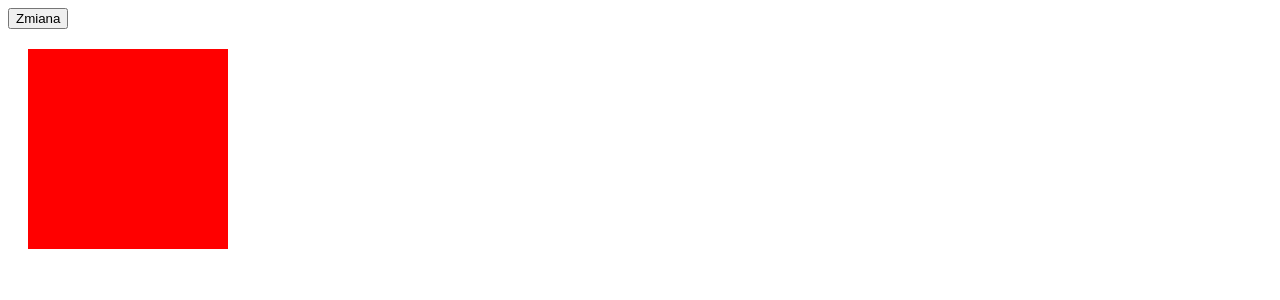
Repository: magdaf41/jQuery
Page: zadanie 3/index.html
An editor plug-in stored every save of this project. The page is shown before and after the next save, followed by the edit.
The browser window is 1280 px wide. The pictures show the whole page.

Above is the page before, as saved 2020-09-09 22:19:22.

After the next save:
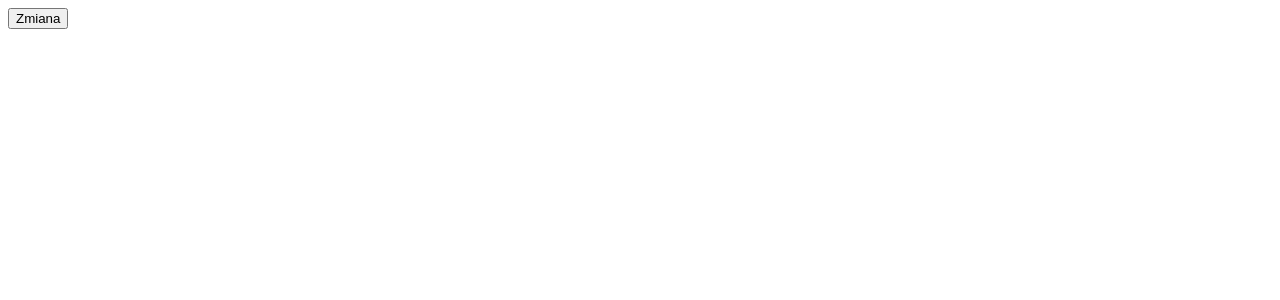
Saved 12 s later.
--- a/zadanie 3/css/style.css
+++ b/zadanie 3/css/style.css
@@ -1,4 +1,4 @@
-div {
+#suare {
     height: 200px;
     width: 200px;
     background-color: red;

After the 2 saves that followed:
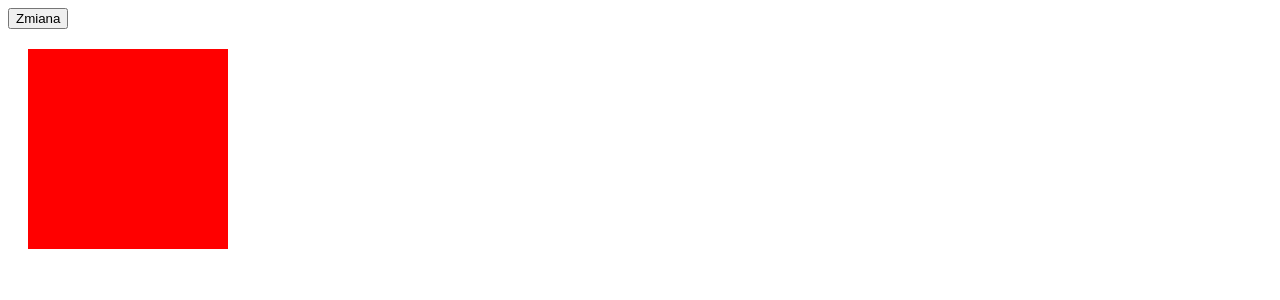
The 2 saves are shown as one change because 1 left the picture as it was.
The last was saved 23 s later.
--- a/zadanie 3/css/style.css
+++ b/zadanie 3/css/style.css
@@ -1,4 +1,4 @@
-#suare {
+#square {
     height: 200px;
     width: 200px;
     background-color: red;
--- a/zadanie 3/js/main.js
+++ b/zadanie 3/js/main.js
@@ -1,13 +1,13 @@
-$(document).ready(function () {
+// $(document).ready(function () {
 
-    $('button').click(function () {
-        $('div').animate({ 'marginLeft': '100px', 'width': '100px', 'height': '100px' }, 3000, colorChange);
-    });
+//     $('button').click(function () {
+//         $('div').animate({ 'marginLeft': '100px', 'width': '100px', 'height': '100px' }, 3000, colorChange);
+//     });
 
-    function colorChange() {
-        $('div').animate({ 'border': '10px solid blue' }, 8000, finishShow);
-    }
-    function finishShow() {
-        $('div').html('<h1>Animation Finish</h1>');
-    }
-});
+//     function colorChange() {
+//         $('div').animate({ 'border': '10px solid blue' }, 8000, finishShow);
+//     }
+//     function finishShow() {
+//         $('div').html('<h1>Animation Finish</h1>');
+//     }
+// });
